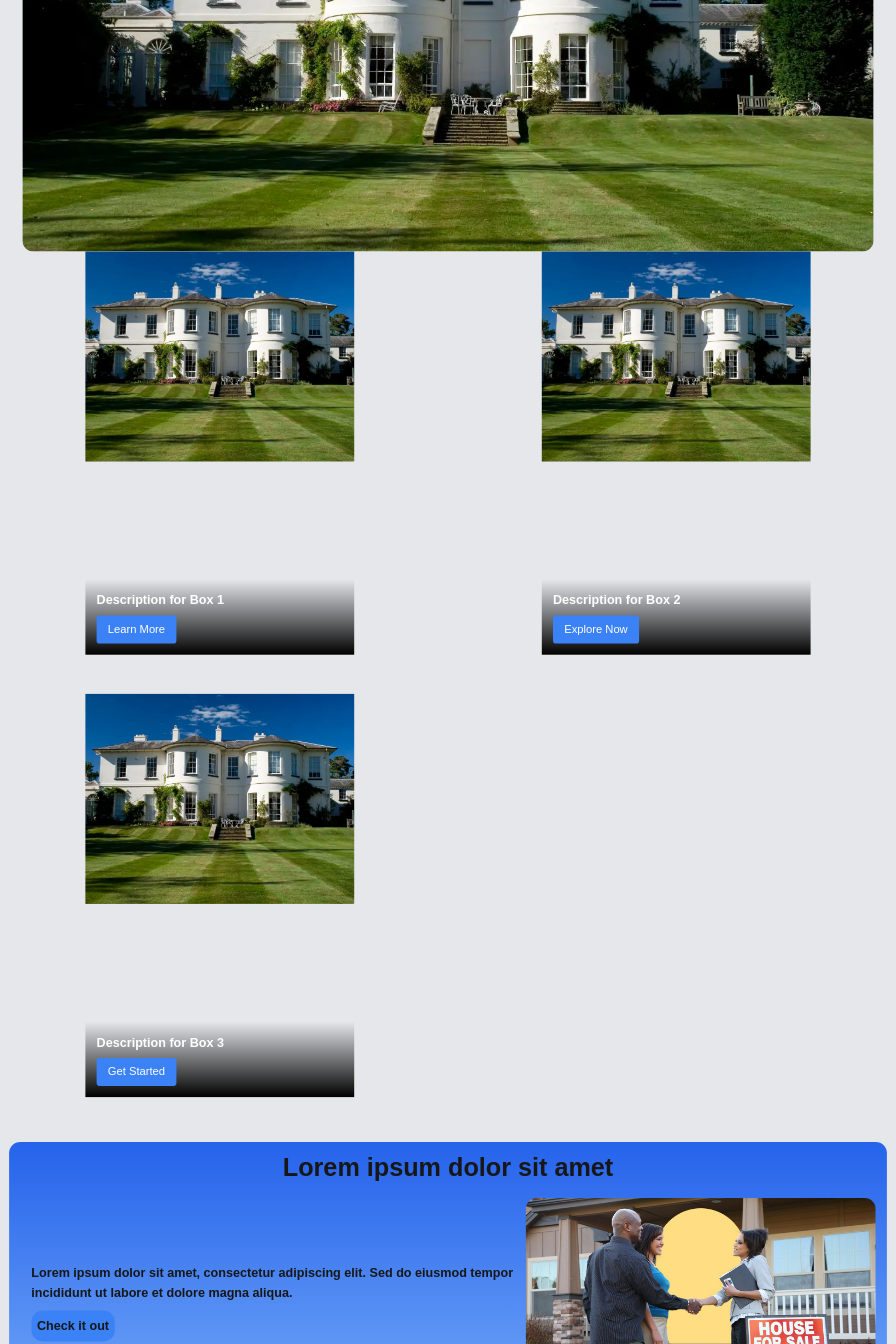
Repository: TMuse333/single-page-real-estate
Page: / (app in frontend/)
An editor plug-in stored every save of this project. The page is shown before and after the next save, followed by the edit.
The browser window is 1280 px wide. The pictures show the part of the page from y = 1195 to 3115 px (the page is 7208 px tall), at 70% of full size.
The project was rebuilt for these pictures with package versions that can differ from the ones it lists, and the page was loaded fresh each time. The framework's server and built-in components were replaced by stand-ins that run in the browser. Also part of the build but not shown: frontend/next.config.mjs.

Above is the page before, as saved 2024-12-05 16:23:46.

After the next save:
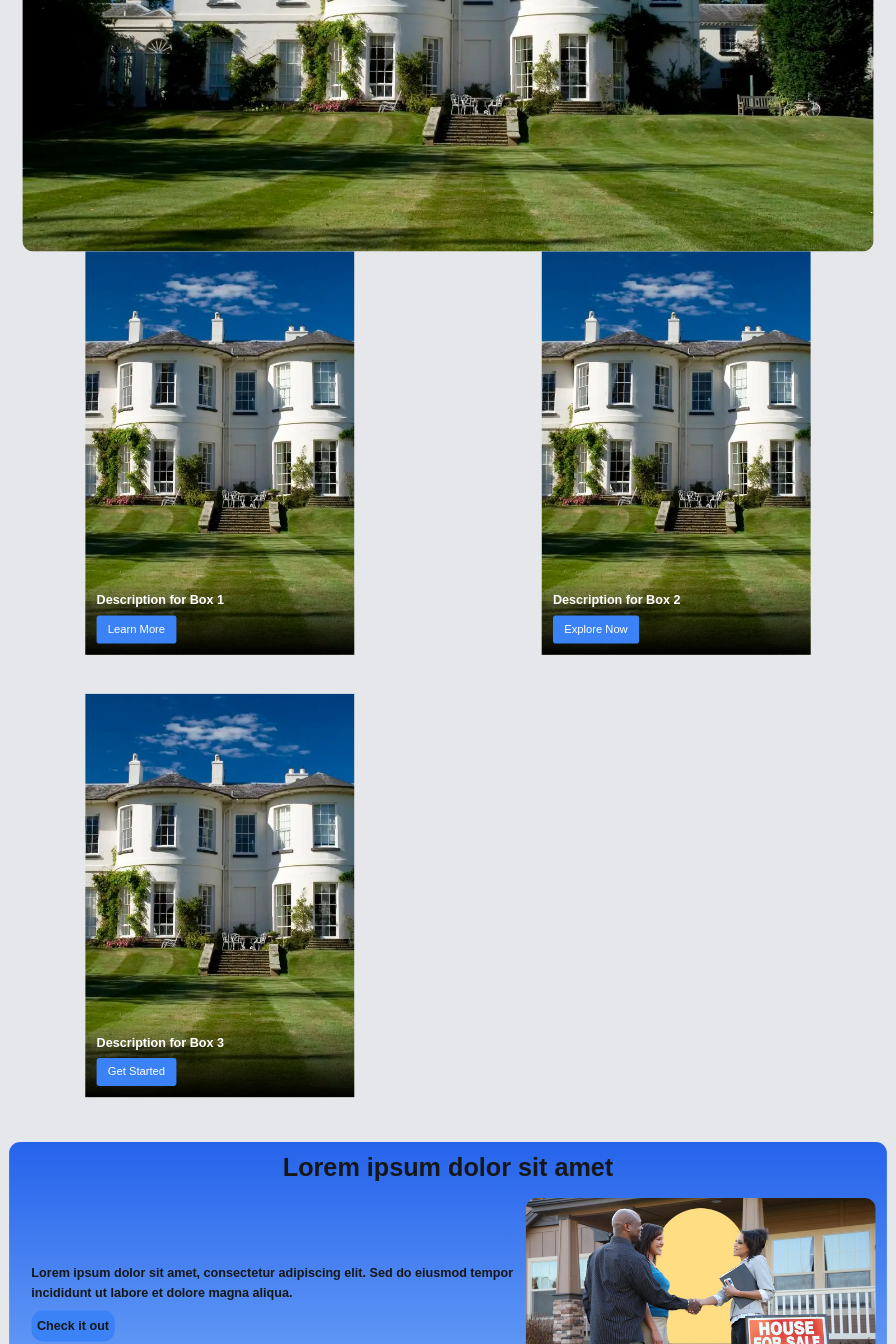
Saved 18 s later.
--- a/frontend/src/components/interactiveDisplayBox/interactiveDisplayBox.tsx
+++ b/frontend/src/components/interactiveDisplayBox/interactiveDisplayBox.tsx
@@ -20,7 +20,7 @@ const InteractiveBox: React.FC<InteractiveBoxProps> = ({
     h-[80vh]">
       <div
         className="absolute top-0 left-0 right-0 bottom-0 bg-cover bg-center"
-        style={{ backgroundImage: `url(${src})`, height: "300px" }}
+        style={{ backgroundImage: `url(${src})`,  }}
       ></div>
       <div className="absolute bottom-0 left-0 right-0 p-4 bg-gradient-to-t from-black to-transparent">
         <h3 className="text-white text-lg font-semibold">{description}</h3>
